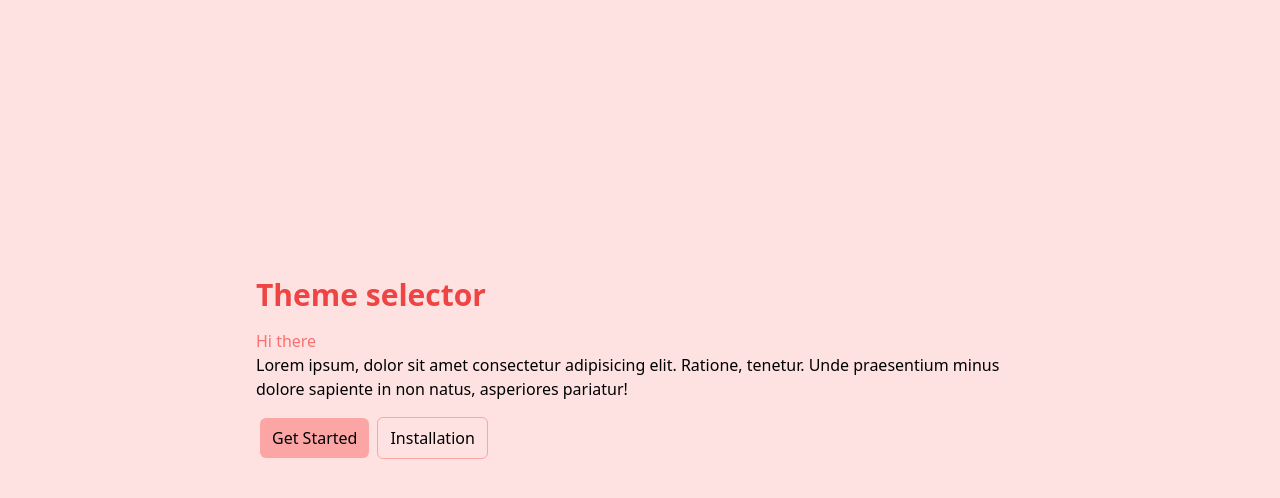
Repository: prince-bansal/tailwind-theme-switcher
Page: /
These files come from the project's save history. The page is drawn as it stood at one moment and after a run of saves; the edit follows.
The browser window is 1280 px wide. The pictures show the whole page.
The project was rebuilt for these pictures with package versions that can differ from the ones it lists, and the page was loaded fresh each time. Also part of the build but not shown: vite.config.ts, src/App.css.

Above is the page before, as saved 2024-03-17 19:10:11.

After the next 3 saves:
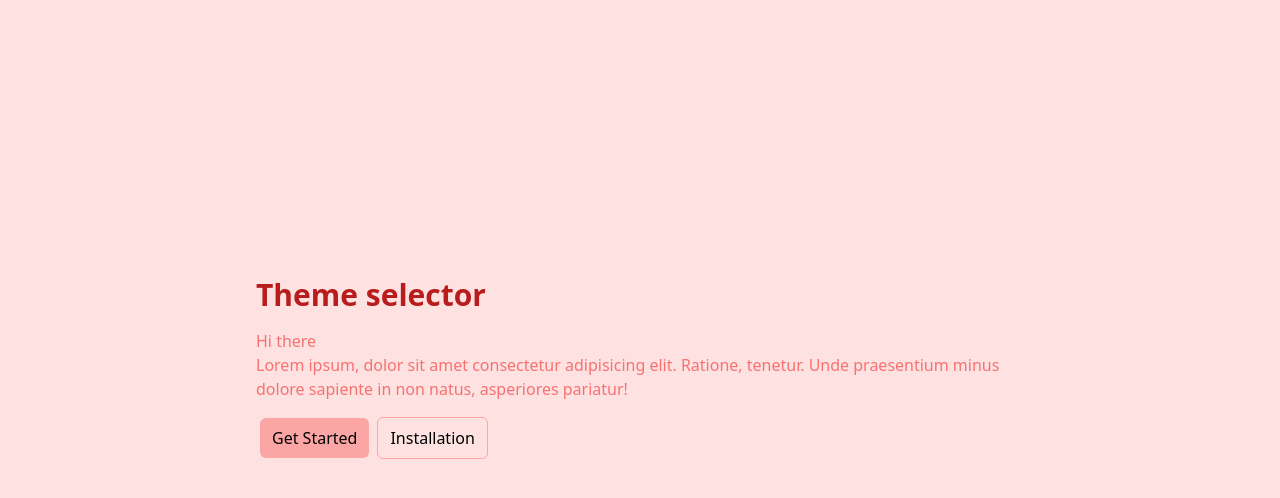
The 3 saves are shown as one change because they came seconds apart.
The last was saved 9 s later.
--- a/src/App.tsx
+++ b/src/App.tsx
@@ -4,17 +4,20 @@ function App() {
 
   return (
     <div className="bg-red-100 min-h-screen flex items-center justify-center">
-      <div className='w-[60%] m-auto'>
-        <h1 className="text-3xl text-red-500 my-4 font-bold">Theme selector</h1>
-        <p className='text-red-400'>Hi there</p>
-        <p>
+      <div className="w-[60%] m-auto">
+        <h1 className="text-3xl text-red-700 my-4 font-bold">Theme selector</h1>
+        <p className="text-red-400">Hi there</p>
+        <p className="text-red-400">
           Lorem ipsum, dolor sit amet consectetur adipisicing elit. Ratione,
           tenetur. Unde praesentium minus dolore sapiente in non natus,
           asperiores pariatur!
         </p>
-        <button className="mt-4 bg-red-300 p-2 px-3 mx-1 rounded-md">Get Started</button>
-        <button className="mt-4 border-red-300 border p-2 px-3 mx-1 rounded-md">Installation</button>
-
+        <button className="mt-4 bg-red-300 p-2 px-3 mx-1 rounded-md">
+          Get Started
+        </button>
+        <button className="mt-4 border-red-300 border p-2 px-3 mx-1 rounded-md">
+          Installation
+        </button>
       </div>{" "}
     </div>
   );
